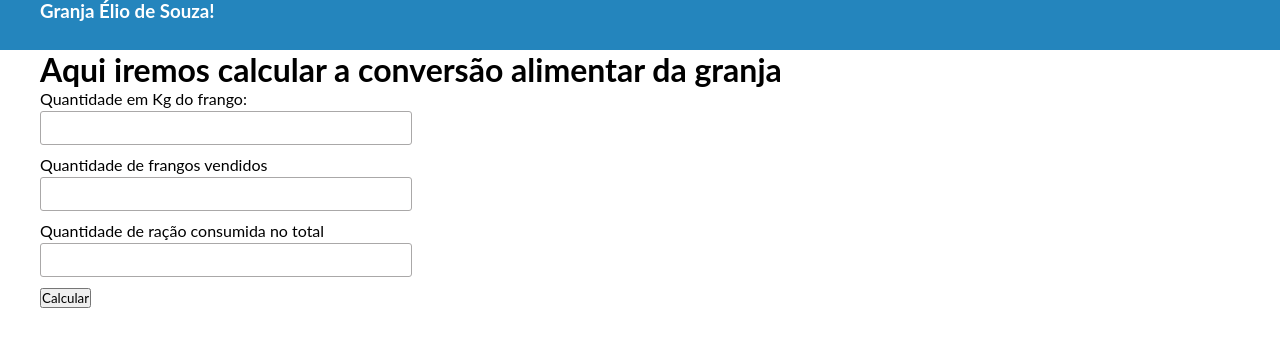
Repository: JoaoNahid/adminSystem
Page: /calculos (app in client/)
These files come from the project's save history. The page is drawn as it stood at one moment and after the next save; the edit follows.
The browser window is 1280 px wide. The pictures show the whole page.
The project was rebuilt for these pictures with package versions that can differ from the ones it lists, and the page was loaded fresh each time. Also part of the build but not shown: client/src/App.css, client/src/routes/login.js, client/src/routes/cadastro.js, client/src/routes/home.js, client/src/routes/404.js, client/src/routes/lote.js.

Above is the page before, as saved 2022-04-20 21:39:32.

### client/src/App.js
import logo from './logo.svg';
import React, { useState, useEffect } from "react"
import './App.css';
import './css/style.css';


// Router
import { BrowserRouter as Router, Route, Routes } from 'react-router-dom';
// Telas
import Login from './routes/login.js'
import Cadastro from './routes/cadastro.js'
import Home from './routes/home.js'
import Error from './routes/404.js'
import Header from './routes/header.js'
import Lote from './routes/lote.js'
import Calculos from './routes/calculos.js'

export default function App() {
  return (
    <Router>
      <div>
        <Header />
        <Routes>
          <Route exact path="/login" element={<Login />} />
          <Route exact path="/cadastro" element={<Cadastro />} />
          <Route exact path="/" element={<Home />} />
          <Route exact path="/home" element={<Home />} />
          <Route exact path="/lote/:id" element={<Lote />} />
          <Route exact path="/calculos" element={<Calculos />} />
          <Route path="*" element={<Error />} />
        </Routes>
      </div>
    </Router>
  )
}

### client/src/css/style.css
body{
  margin: 0;
  padding: 0;
  font-family: 'Lato', sans-serif;
}
*{
  margin: 0;
  padding: 0;
  font-family: 'Lato', sans-serif;
}
:root{
  --cor1: #099c22;
  --cor2: #424242;
}

@import url('https://fonts.googleapis.com/css2?family=Lato:ital,wght@0,100;0,300;0,400;0,700;0,900;1,100;1,300;1,400;1,700;1,900&display=swap');


.container{
  width: calc(100% - 80px);
  padding: 0 15px;
  margin: 0 auto;
}
.nomePagina{
  padding: 8px 0;
  margin-bottom: 15px;
  background-color: #fff;
  display: flex;
  flex-direction: row;
  justify-content: space-between;
  align-items: center;
}

.tituloPagina{
  color: var(--cor2);
  font-size: 30px;
}
.mostrarEstatisticas{
  color: var(--cor2);
  font-size: 30px;
  cursor: pointer;
  transform: rotate(180deg);
}
.flexBox{
  display: flex;
}
.flexRow{
  flex-direction: row;
}
/* SIDEBAR */
.sidebar{
  position: fixed;
  top: 0;
  bottom: 0;
  height: auto;
  width: 70px;
  background-color: var(--cor2);
  box-shadow: 10px 0 0 var(--cor1);
  overflow: hidden;
  transition: 0.5s;
  z-index: 2;
}
.sidebar:hover{
  width: 300px;
}
.sidebar ul{
  position: absolute;
  top: 200px;
  left: 0;
  width: 100%;
  padding-left: 5px;
}
.sidebar ul li{
  position: relative;
  list-style: none;
  width: 100%;
  border-top-left-radius: 20px;
}
.sidebar ul li a{
  position: relative;
  display: flex;
  width: 100%;
  text-decoration: none;
  color: #fff;
}
.sidebar .iconeSidebar{
  position: relative;
  display: block;
  min-width: 60px;
  height: 60px;
  text-align: center;
  line-height: 70px;
}
.sidebar .iconeSidebar ion-icon{
  position: relative;
  font-size: 1.5rem;
  z-index: 1;
}
.sidebar .tituloSidebar{
  position: relative;
  display: block;
  padding-left: 10px;
  height: 60px;
  line-height: 60px;
  white-space: nowrap;
}
.sidebar .active{
  background: var(--cor1);
}
.perfilUsuario{
  position: relative;
  top: 30px;
  display: flex;
  flex-direction: column;
  justify-content: center;
  align-items: center;
}
.fotoUsuario{
  width: 50px;
  height: 50px;
  border-radius: 50%;
  background-size: cover !important;
  background-repeat: no-repeat !important;
  background-position: center !important;
  transition: 0.6s;
}
.sidebar:hover .fotoUsuario{
  width: 100px;
  height: 100px;
}
.sidebar:hover .nomeUsuario,
.sidebar:hover .funcaoUsuario{
  visibility: visible;
  opacity: 1;
  transition: visibility 0s, opacity 0s linear;
}
.nomeUsuario{
  color: #fff;
  font-size: 20px;
  margin-top: 6px;
  visibility: hidden;
  opacity: 0;
  transition: visibility 0s, opacity 0s linear;
}
.funcaoUsuario{
  color: #fff;
  font-size: 15px;
  visibility: hidden;
  opacity: 0;
  transition: visibility 0s, opacity 0s linear;
}
/* FIM SIDEBAR */

/* DASHBOARD */
.areaBlocosEstatisticas{
  display: grid;
  grid-template-columns: repeat(4, 1fr);
  justify-content: center;
  gap: 20px;
  flex-direction: row;
}
@media(max-width: 1064px){
  .areaBlocosEstatisticas{
    grid-template-columns: repeat(2, 1fr);
  }
}
@media(max-width: 651px){
  .areaBlocosEstatisticas{
    grid-template-columns: 1fr;
  }
}
.blocoEstatistica{
  width: auto;
  height: 150px;
  background: var(--cor2);
  color: #fff;
  border-bottom: 3px solid var(--cor1);
  border-top-left-radius: 20px;
  border-top-right-radius: 20px;
  display: flex;
  flex-direction: column;
  justify-content: space-between;
  align-items: center;
  padding: 8px 12px;
}
.tituloEstatistica{
  font-size: 25px;
  text-transform: capitalize;
}
.conteudoEstatistica{
  display: flex;
  flex-direction: row;
  align-items: center;
  justify-content: space-between;
  width: 100%;
  padding-bottom: 25px;
}
.iconeEstatistica{
  width: 85px;
  font-size: 50px;
  z-index: 0;
}
.dadosEstatistica{
  text-align: center;
  width: 100%;
  font-size: 60px;
  color: #fff;
}
.exibirMenu{
  margin-top: -1000px !important;
  transition: .3s;
}
.rotacionarBtn{
  transform: rotate(180deg);
  transition: .7s ease-in;
}
/* FIM DASHBOARD */

/* LOGIN */
#bgAreaLogin{
  background: rgb(9,156,34);
  background: linear-gradient(0deg, rgba(9,156,34,1) 0%, rgba(66,66,66,1) 100%);
  width: 100%;
  height: 100vh;
}
#areaLogin{
  position: absolute;
  top: 0;
  bottom: 0;
  right: 0;
  left: 0;
  margin: auto auto;
  width: 350px;
  height: 400px;
  box-shadow: rgba(0, 0, 0, 0.1) 0px 10px 15px -3px, rgba(0, 0, 0, 0.05) 0px 4px 6px -2px;
  background-color: #fff;
}
.formLogin{
  padding: 15px 45px ;
  display: flex;
  flex-direction: column;
  gap: 15px;
  align-items: center;
  justify-content: center;
  height: 100%;
}
#areaLogin input{
  /* border-top: 0 none;
  border-right: 0 none;
  border-left: 0 none;
  border-color: var(--cor1); */
  border: 0 none;
  background: #42424255;
  color: var(--cor2);
  border-radius: 20px;
  padding: 8px 12px;
  font-size: 15px;
  width: calc(100% - 24px);
}
#areaLogin input::placeholder{
  color: #fff;
}
#areaLogin input:focus{
  outline: none;
}
.btnLogar{
  width: 100% !important;
  background-color: var(--cor2) !important;
  transition: .3s;
  color: #fff !important;
}
.btnLogar:hover{
  background-color: var(--cor1) !important;
  color: #fff !important;
  cursor: pointer;
}
.esqueciASenha{
  font-size: 13px;
  color: var(--cor2);
  text-decoration: none;
}
.esqueciASenha:hover{
  color: inherit;
}

/* FIM LOGIN */

/* Edição Site */
#areaTotalEdicaoSite{
  width: 100%;
}
.menuPaginas{
  display: flex;
  justify-content: center;
  flex-direction: row;
  margin-left: 230px;
  gap: 1px;
  background: var(--cor1);
}
.paginaEdicao{
  padding: 10px 10px;
  background-color: var(--cor2);
  color: #fff;
  width: 100%;
  text-align: center;
}
.paginaEdicao:hover{
  background: var(--cor1);
  cursor: pointer;
}
.menuSectionsPagina{
  width: 230px;
  display: flex;
  flex-direction: column;
  justify-content: center;
  background: var(--cor1);
}
.sectionEdicao{
  background: var(--cor2);
  color: #fff;
  width: calc(100% - 25px);
  text-align: left;
  padding: 16px 12px;
  text-decoration: none;
}
.sectionEdicao:hover{
  background: var(--cor1);
  cursor: pointer;
}
.boxFormEdicao{
  padding: 20px;
  width: calc(100% - 267px);
  border: solid 1px var(--cor2);
  border-left: solid 1px var(--cor1);
}
.tituloCampo{
  font-size: 18px;
  color: var(--cor2);
  margin-bottom: 10px;
}
.menuAtivo{
  background-color: var(--cor1);
}
/* Fim Edição Site */


/* INPUTS */
input:focus{
  outline: 0;
}
.formEdicao input{
  border-top: 0 none;
  border-right: 0 none;
  border-left: 0 none;
  border-bottom: 2px solid var(--cor2);
  padding: 0 5px 2px;
  font-size: 15px;
  transition: 0.3s;
  width: 100%;
}
.formEdicao input:focus{
  border-color: var(--cor1);
}
/* FIM INPUTS */

#headerArea{
  height: 50px;
  width: 100%;
  background-color: rgb(36, 133, 189);
  color: #fff;
}

/* PAGINA DE ERRO */
#errorPage{
  width: 100%;
  text-align: center;
  padding-top: 50px;
}

.inputsConversao{
  border: 1px solid #aaa8a8;
  border-radius: 3px;
  width: 350px;
  padding: 8px 10px;
  margin-bottom: 10px;
}
.tituloInput{
  margin-bottom: 3px;
}
#gridLotes{
  display: grid;
  grid-template-columns: repeat(4, 1fr);
  gap: 8px;
}
.boxLote{
  padding: 5px;
  text-align: left;

  color: #fff;
}
.loteFechado{
  background-color: rgb(230, 91, 109);
}
.loteAberto{
  background-color: rgb(36, 133, 189);
}

### client/src/routes/header.js
import React, { Component } from "react"

export default function Header() {

    return(
        <div id="headerArea">
            <div className="container">
                <h3>Granja Élio de Souza!</h3>
            </div>
        </div>
    )
}

### client/src/routes/calculos.js
import React, { Component, useState, useEffect } from "react"
import Axios from "axios"

export default function Calculos() {

    const [users, setUsers] = useState([])
    console.log(users)
    /* useEffect((e) => {
      e.preventDefault()
       Axios.get('http://localhost:3001/login').then((response) => {
           console.log(response)
           setUsers(response.data)
       })
   }) */

    function calcularConversao() {

    }



    return (
        <div>
            <div className="container">
                <h1>Aqui iremos calcular a conversão alimentar da granja</h1>
                <div className="flexBox">
                    <div className="camposInputs">
                        <p className="tituloInput">Quantidade em Kg do frango:</p>
                        <input type="text" className='inputsConversao' name='pesoFrango' defaultValue='' />
                        <p className="tituloInput">Quantidade de frangos vendidos</p>
                        <input type="number" className='inputsConversao' name='qtdFrangos' defaultValue='' />

                        <p className="tituloInput">Quantidade de ração consumida no total</p>
                        <input type="text" className='inputsConversao' name='qtdRacao' defaultValue='' />

                        <br />
                        <button onClick={calcularConversao()}>Calcular</button>
                    </div>
                </div>
            </div>
        </div>
    )
}

Loaded but not shown: client/public/index.html (common file); client/src/index.js (common file); client/src/index.css (common file); client/src/reportWebVitals.js (common file)

After the next save:
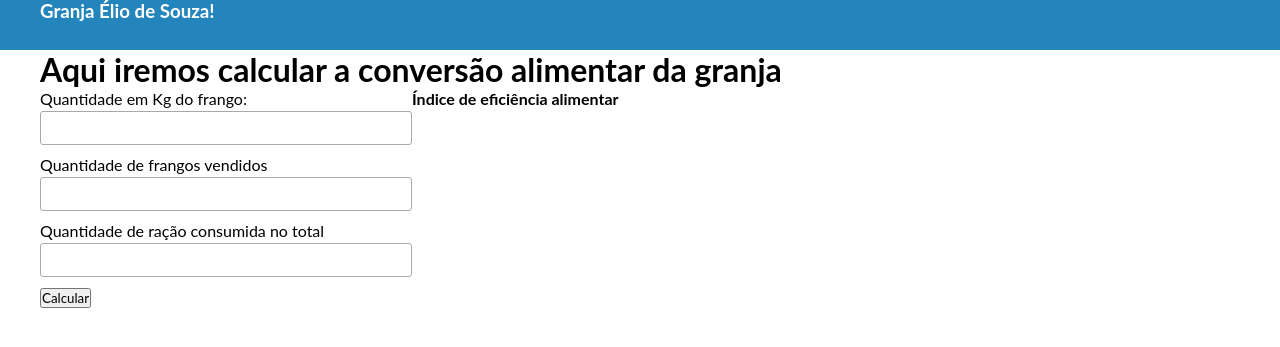
Saved 74 s later.
--- a/client/src/routes/calculos.js
+++ b/client/src/routes/calculos.js
@@ -36,6 +36,9 @@ export default function Calculos() {
                         <br />
                         <button onClick={calcularConversao()}>Calcular</button>
                     </div>
+                    <div className="dadosConversao">
+                        <h4>Índice de eficiência alimentar</h4>
+                    </div>
                 </div>
             </div>
         </div>
